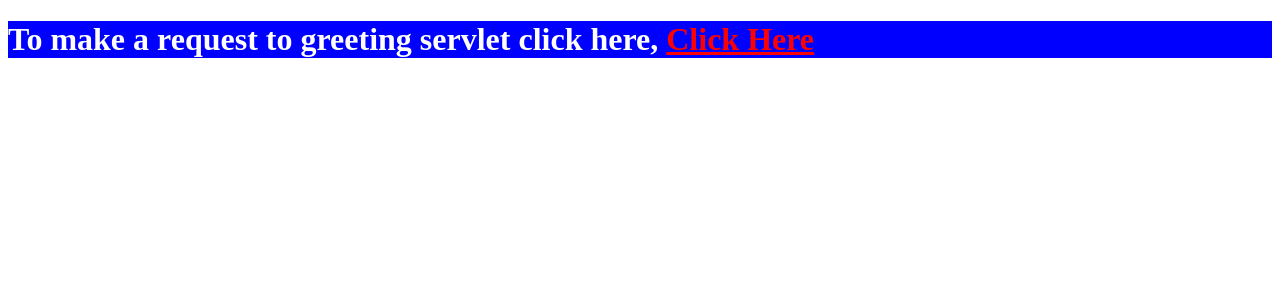
Repository: AkshayBorate/webJava
Page: web_projectservlet/src/main/webapp/greeting.html
An editor plug-in stored every save of this project. The page is shown before and after the next save, followed by the edit.
The browser window is 1280 px wide. The pictures show the whole page.

Above is the page before, as saved 2024-11-28 06:09:07.

### web_projectservlet/src/main/webapp/greeting.html
<!DOCTYPE html>
<html>

<body>
  <h1 style="color:white;background-color: blue">
  To make a request to greeting servlet click here,
  <a href="greet" style="color:red">Click Here</a></h1>
</body>
</html>

After the next save:
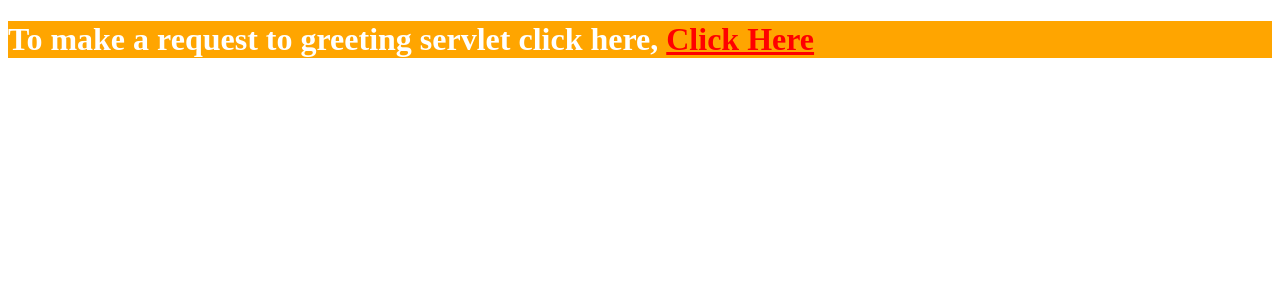
Saved 2 min 55 s later.
--- a/web_projectservlet/src/main/webapp/greeting.html
+++ b/web_projectservlet/src/main/webapp/greeting.html
@@ -2,7 +2,7 @@
 <html>
 
 <body>
-  <h1 style="color:white;background-color: blue">
+  <h1 style="color:white;background-color: orange">
   To make a request to greeting servlet click here,
   <a href="greet" style="color:red">Click Here</a></h1>
 </body>
